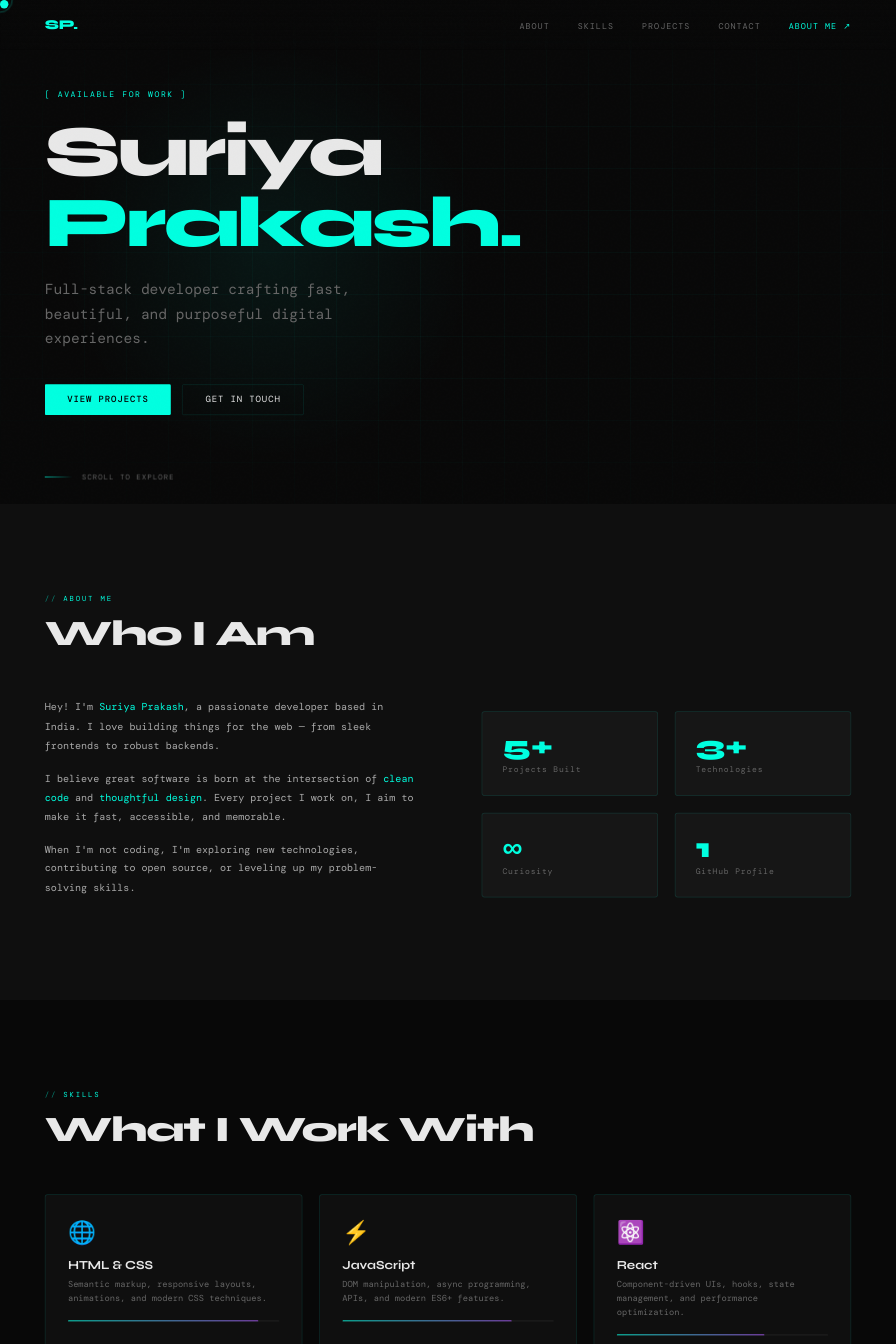
Repository: Suriyaprakash0901/PortoFolio
Page: index.html
These files come from the project's save history. The page is drawn as it stood at one moment and after the next save; the edit follows.
The browser window is 1280 px wide. The pictures show the part of the page from y = 0 to 1920 px (the page is 4016 px tall), at 70% of full size.
Some web fonts or font styles are not loaded; a fallback is used.

Above is the page before, as saved 2026-03-14 11:22:35.

After the next save:
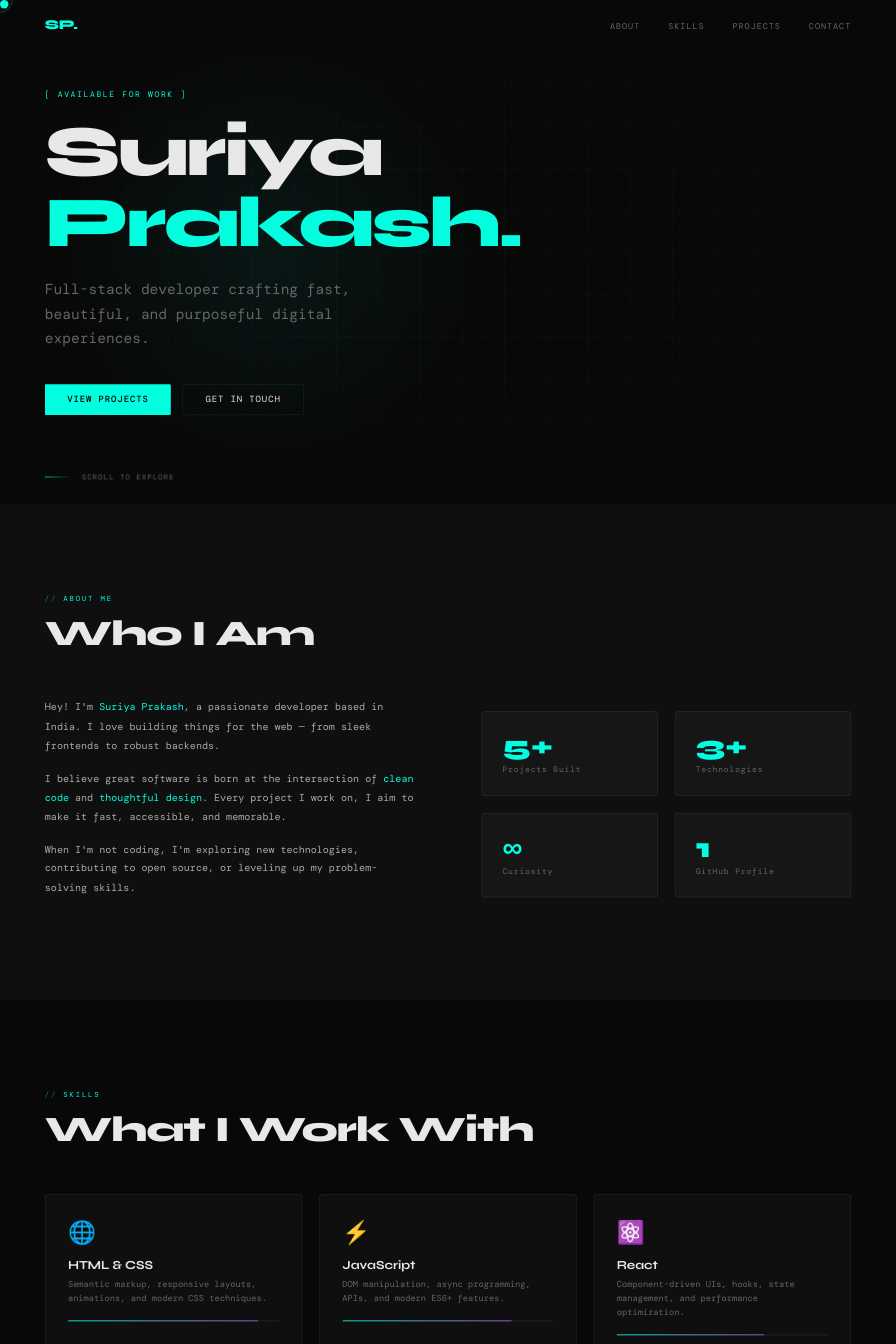
Saved 2 min 24 s later.
--- a/index.html
+++ b/index.html
@@ -462,16 +462,15 @@
   <div class="cursor-ring" id="cursorRing"></div>
 
   <!-- NAV -->
- <nav>
-  <a href="index.html" class="nav-logo" data-nav>SP.</a>
-  <ul class="nav-links">
-    <li><a href="index.html#about">About</a></li>
-    <li><a href="index.html#skills">Skills</a></li>
-    <li><a href="index.html#projects">Projects</a></li>
-    <li><a href="index.html#contact">Contact</a></li>
-    <li><a href="about.html" style="color: var(--neon);">About Me ↗</a></li>
-  </ul>
-</nav>
+  <nav>
+    <a href="#hero" class="nav-logo">SP.</a>
+    <ul class="nav-links">
+      <li><a href="#about">About</a></li>
+      <li><a href="#skills">Skills</a></li>
+      <li><a href="#projects">Projects</a></li>
+      <li><a href="#contact">Contact</a></li>
+    </ul>
+  </nav>
 
   <!-- HERO -->
   <section id="hero">
@@ -623,10 +622,10 @@
           <a href="https://github.com/Suriyaprakash0901" target="_blank" class="social-link">
             <span class="social-icon">🐙</span> GitHub — Suriyaprakash0901
           </a>
-          <a href="https://www.linkedin.com/in/suriyaprakash-g-29433a27b?utm_source=share&utm_campaign=share_via&utm_content=profile&utm_medium=android_app" target="_blank" class="social-link">
+          <a href="https://linkedin.com/in/yourprofile" target="_blank" class="social-link">
             <span class="social-icon">💼</span> LinkedIn — Update your link
           </a>
-          <a href="mailto:gsuriyaprakash912005@gmail.com" class="social-link">
+          <a href="mailto:your@email.com" class="social-link">
             <span class="social-icon">✉️</span> Email — your@email.com
           </a>
         </div>
